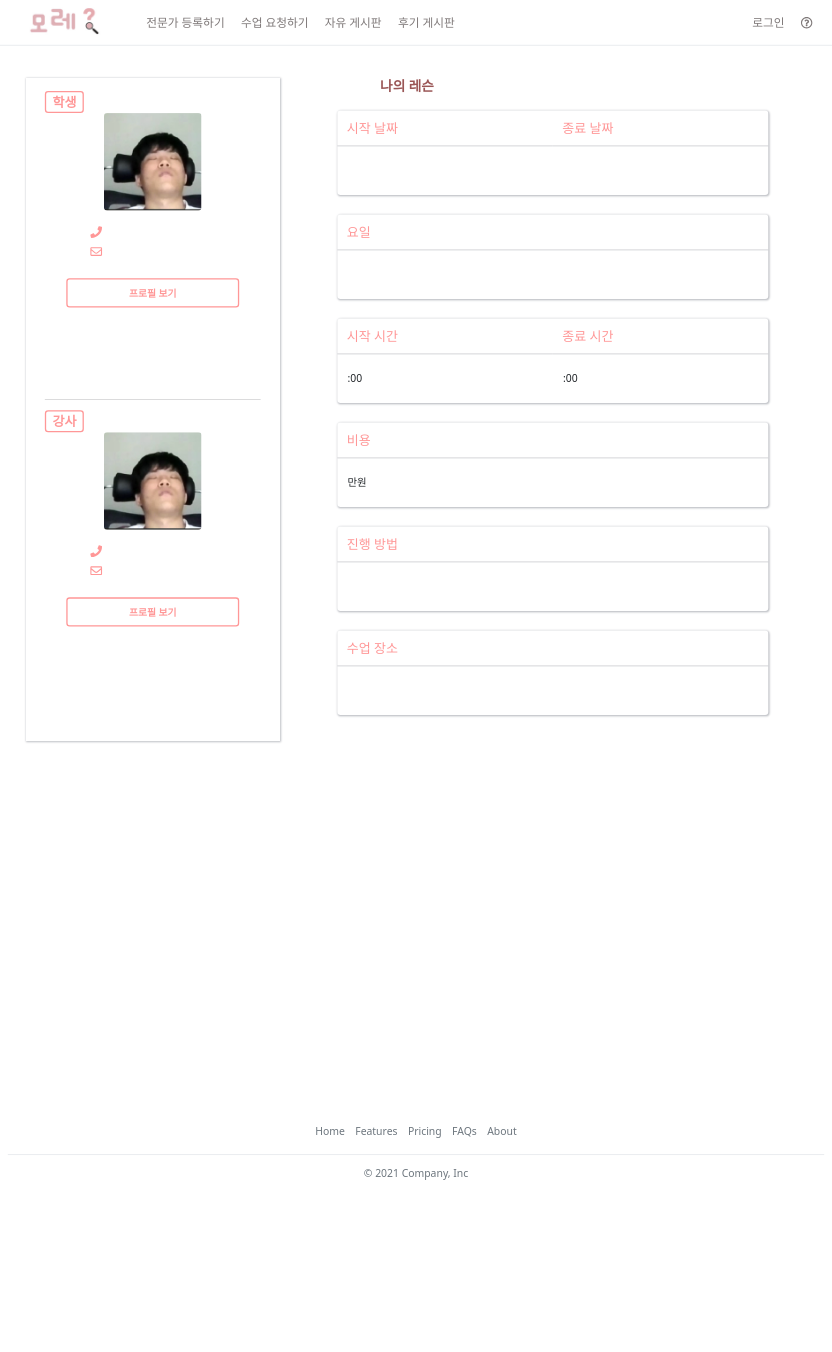
Repository: isssson/MVC2_more
Page: http://localhost/more/WEB-INF/views/document/documentContent.jsp
An editor plug-in stored every save of this project. The page is shown before and after the next save, followed by the edit.
The browser window is 1280 px wide. The pictures show the whole page, at 65% of full size.
Some web libraries are served in a nearby version. The page is served by Tomcat 9. Nobody is signed in. The template is opened directly, without the code that normally fills it, so the values that code supplies are empty.

Above is the page before, as saved 2021-12-09 06:27:40.

After the next save:
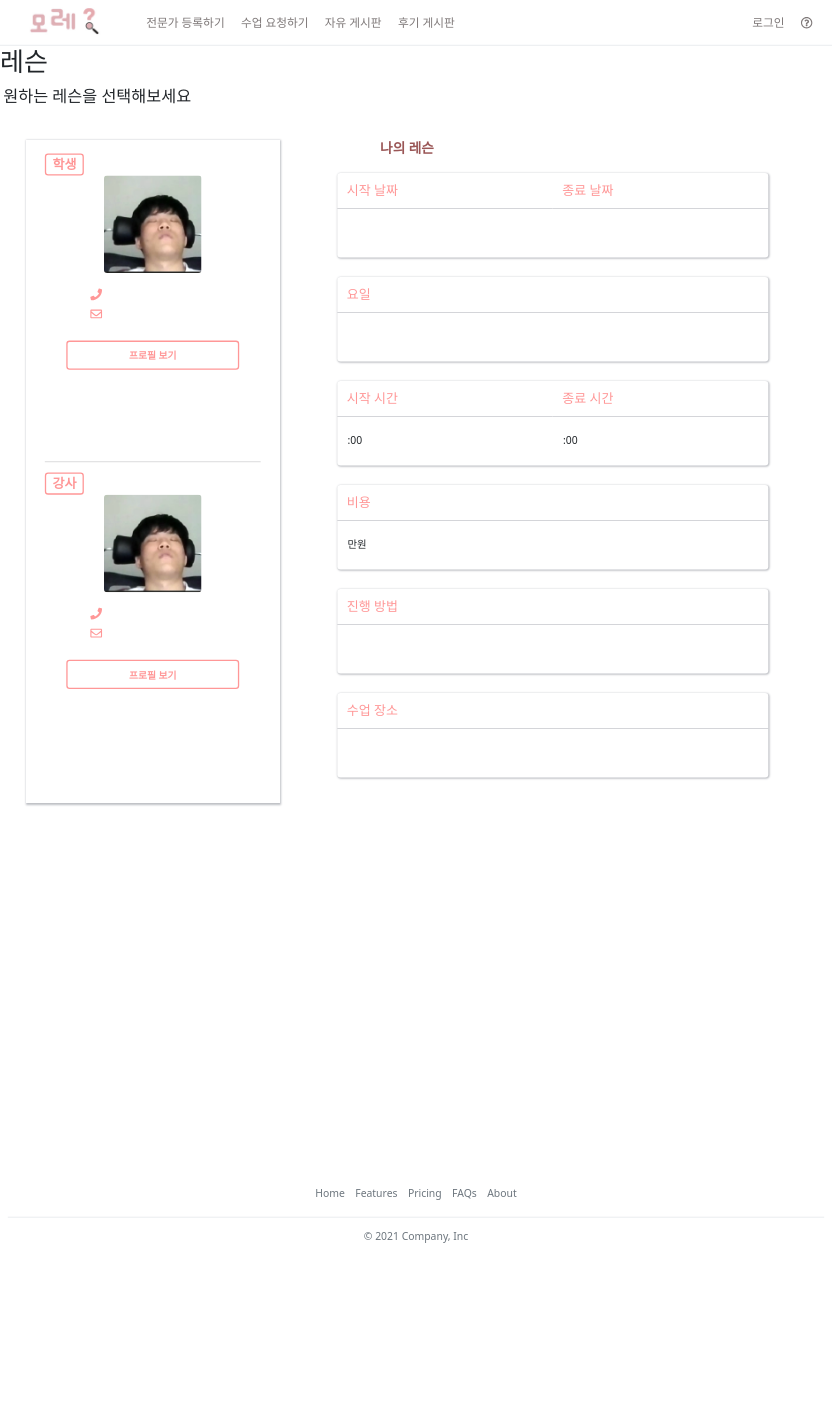
Saved 66 s later.
--- a/more/src/main/webapp/WEB-INF/views/document/documentContent.jsp
+++ b/more/src/main/webapp/WEB-INF/views/document/documentContent.jsp
@@ -53,6 +53,16 @@
 </head>
 <body>
 	<%@ include file="/WEB-INF/views/header.jsp"%>
+	<div class="revMainContainer">
+      <div class="revMainTextBox">
+         <div class="revMainText">
+            <h1>
+               레슨<br>
+               <span style="font-size:25px; font-weight:normal; border-top: 1px solid white; padding: 5px;">원하는 레슨을 선택해보세요</span>
+            </h1>
+         </div>
+      </div>
+   </div>
 	<div class="expertMain">
 		<div class="leftMain" style="height:1020px;">
 			<div class="leftMenu">
